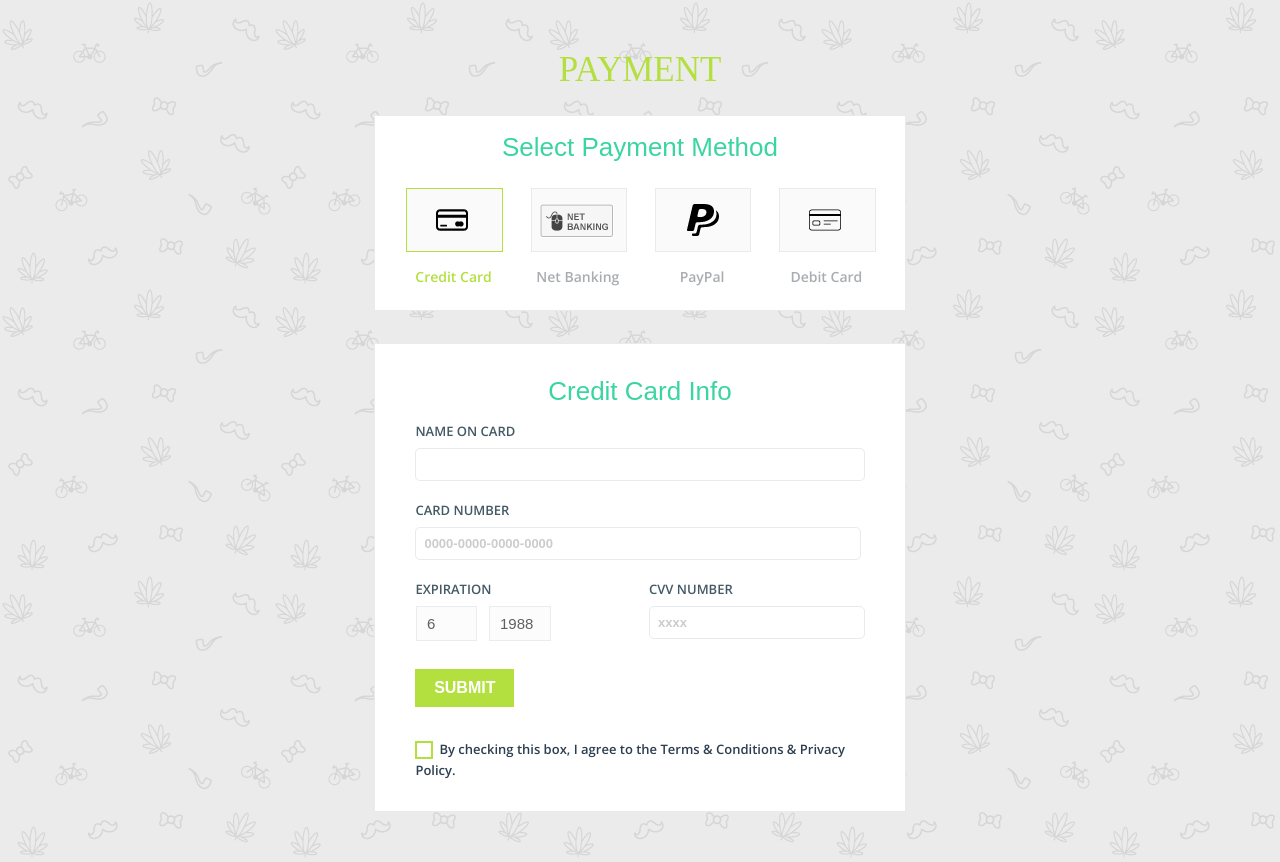
Repository: abinbabu/project-1-final
Page: http://localhost/shoppingcartfront/WEB-INF/views/lastpage.jsp
An editor plug-in stored every save of this project. The page is shown before and after the next save, followed by the edit.
The browser window is 1280 px wide. The pictures show the whole page.
Some web fonts or font styles are not loaded; a fallback is used. The page is served by Tomcat 9. Nobody is signed in. The template is opened directly, without the code that normally fills it, so the values that code supplies are empty.

Above is the page before, as saved 2016-08-21 09:36:38.

After the next save:
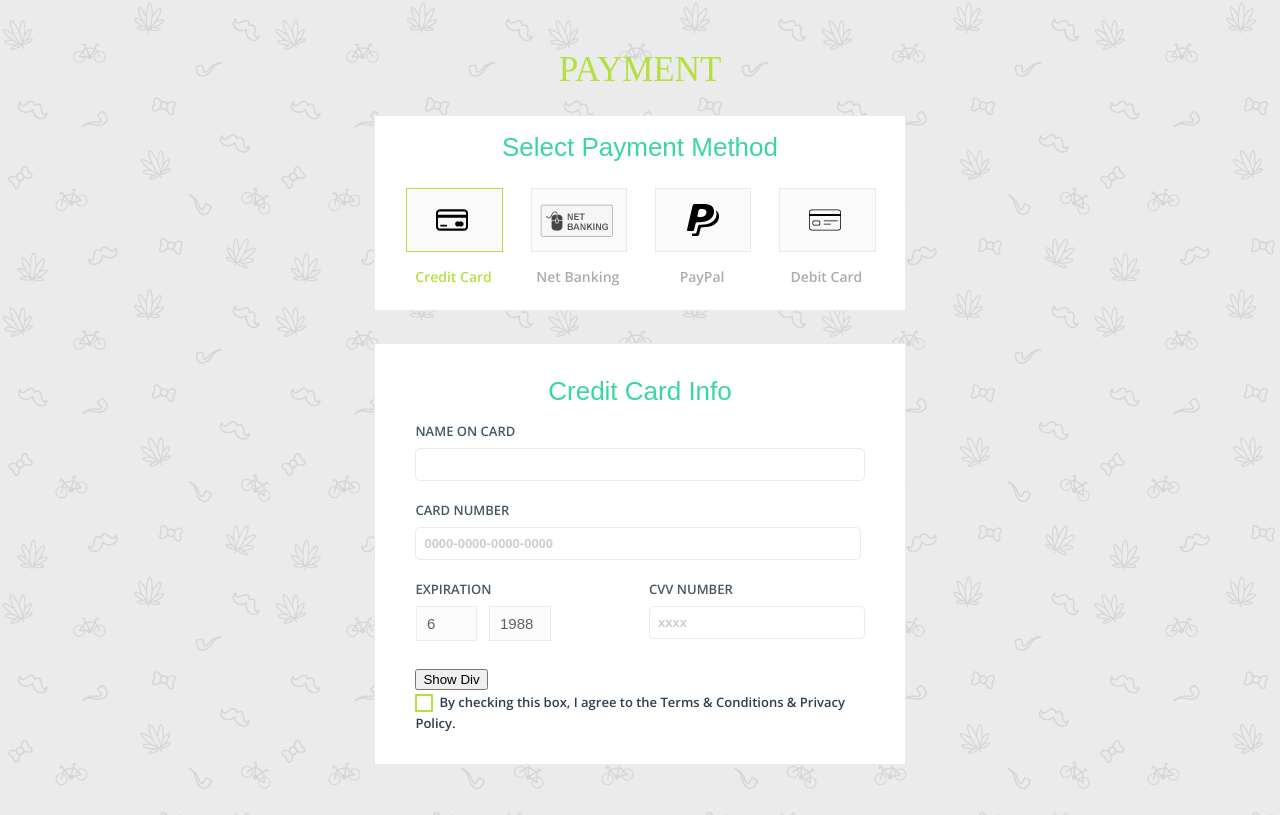
Saved 3 min 48 s later.
--- a/final complete/shoppingcartfront/src/main/webapp/WEB-INF/views/lastpage.jsp
+++ b/final complete/shoppingcartfront/src/main/webapp/WEB-INF/views/lastpage.jsp
@@ -75,7 +75,13 @@
 													</div>
 													<div class="clear"></div>
 												</div>
-												<input type="submit" value="SUBMIT" >
+												<div id="welcomeDiv"  style="display:none;" class="answer_list" > WELCOME</div>
+<input type="button" name="answer" value="Show Div" onclick="showDiv()" />
+<script>
+function showDiv() {
+   document.getElementById('welcomeDiv').style.display = "block";
+}</script>
+
 											</form>
 											<div class="single-bottom">
 													<ul>
